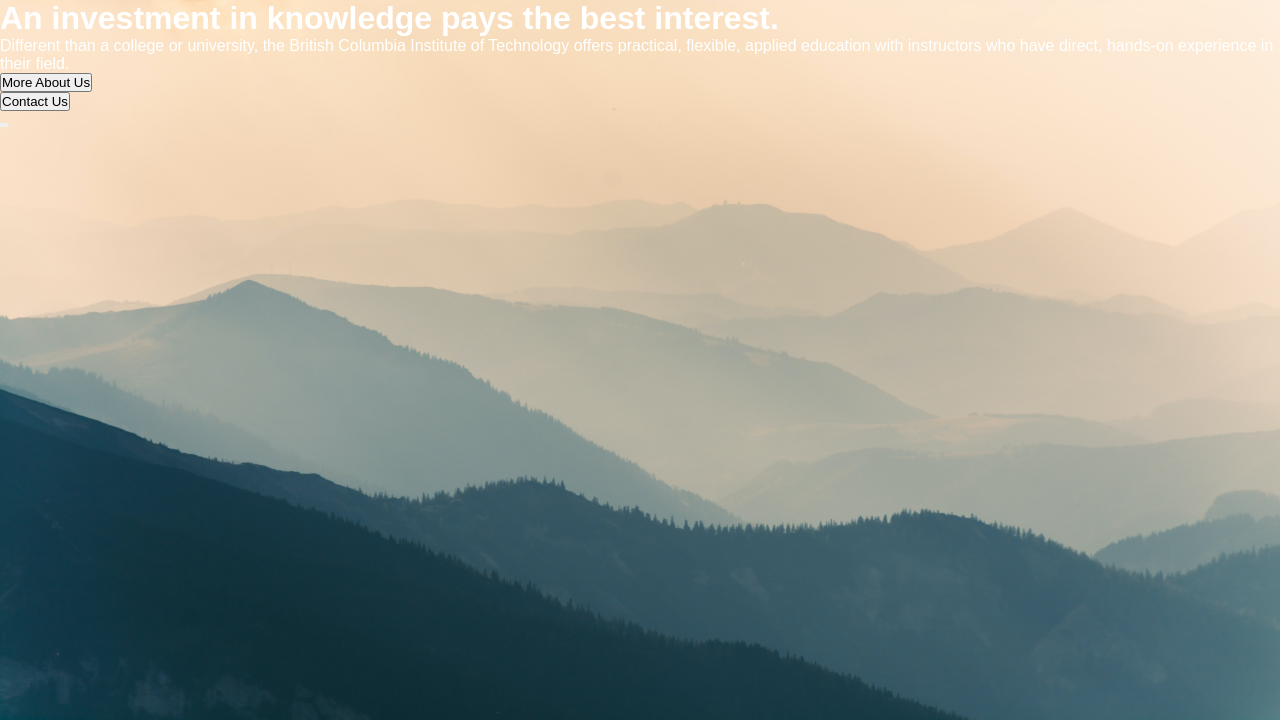
Repository: jennydmcm/assignment-1-playwright-site-A01338943
Page: /
The author's editor kept a copy of each file at every save. The page is drawn from the files as they stood at one save, then again after the next save.
The browser window is 1280 px wide. The pictures show the whole page.
The project was rebuilt for these pictures with package versions that can differ from the ones it lists, and the page was loaded fresh each time. The framework's server and built-in components were replaced by stand-ins that run in the browser. Also part of the build but not shown: next.config.js.

Above is the page before, as saved 2023-02-08 09:12:50.

After the next save:
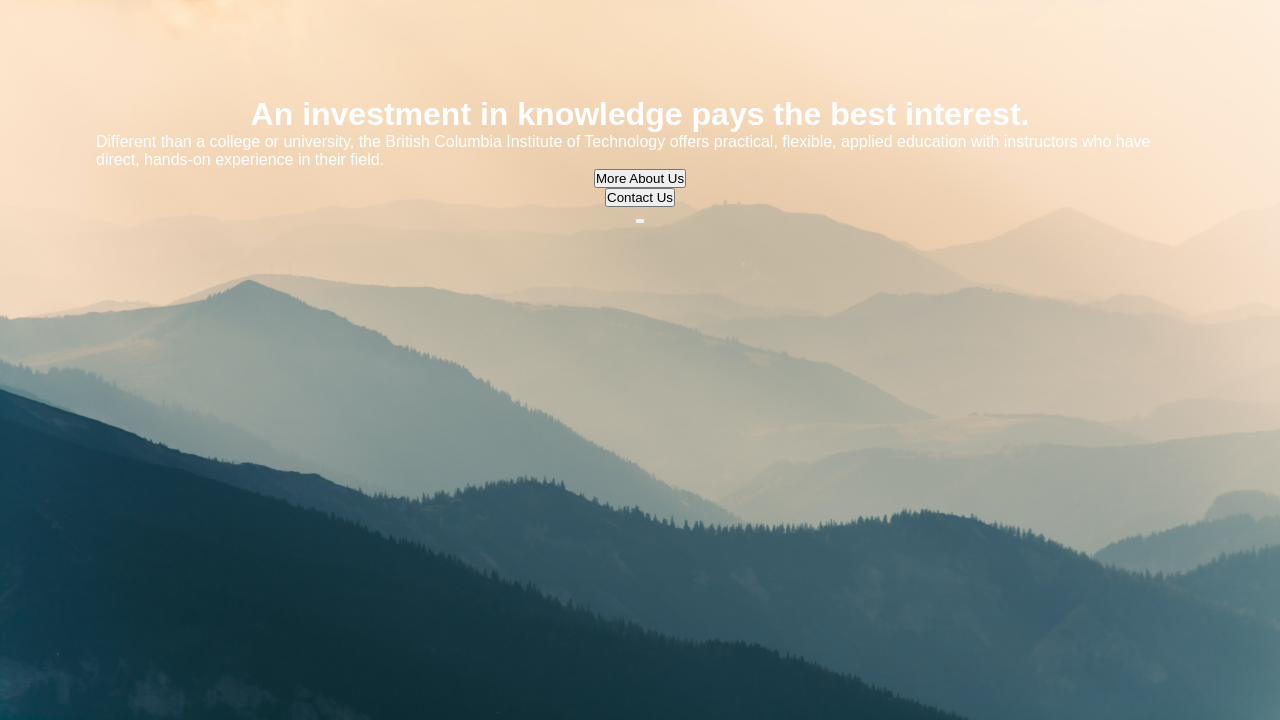
Saved 15 s later.
--- a/styles/Home.module.css
+++ b/styles/Home.module.css
@@ -1,10 +1,10 @@
 .main {
   display: flex;
   flex-direction: column;
-  align-items: flex-start;
-  margin: 0;
+  justify-content: space-between;
+  align-items: center;
+  padding: 6rem;
 }
-
 .header{
   color: var(--primary-color);
   font-family: Arial, Helvetica, sans-serif;
